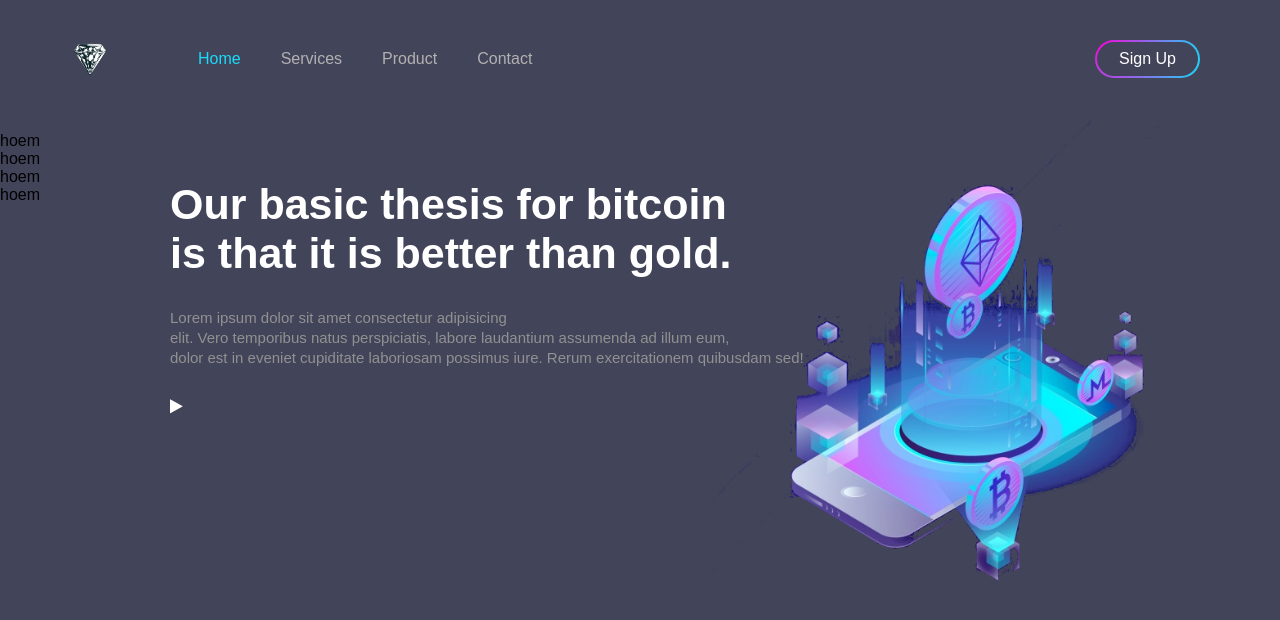
Repository: Aakarshit-Sharma19/Basic-HTML-and-CSS-Page-
Page: index.html
The author's editor kept a copy of each file at every save. The page is drawn from the files as they stood at one save, then again after the next save.
The browser window is 1280 px wide. The pictures show the whole page.

Above is the page before, as saved 2020-11-10 16:35:26.

After the next save:
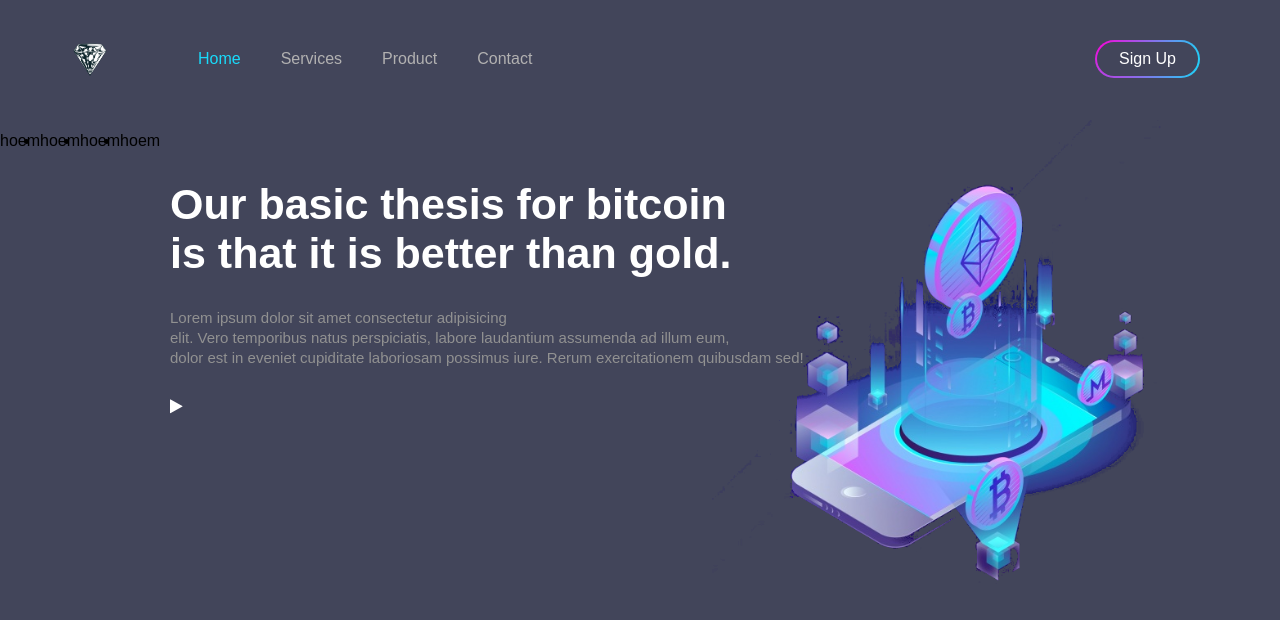
Saved 5 s later.
--- a/style.css
+++ b/style.css
@@ -99,5 +99,5 @@ body{
 
 .test {
     flex-direction: row;
-    display: inline;
+    display: inline-flex;
 }
